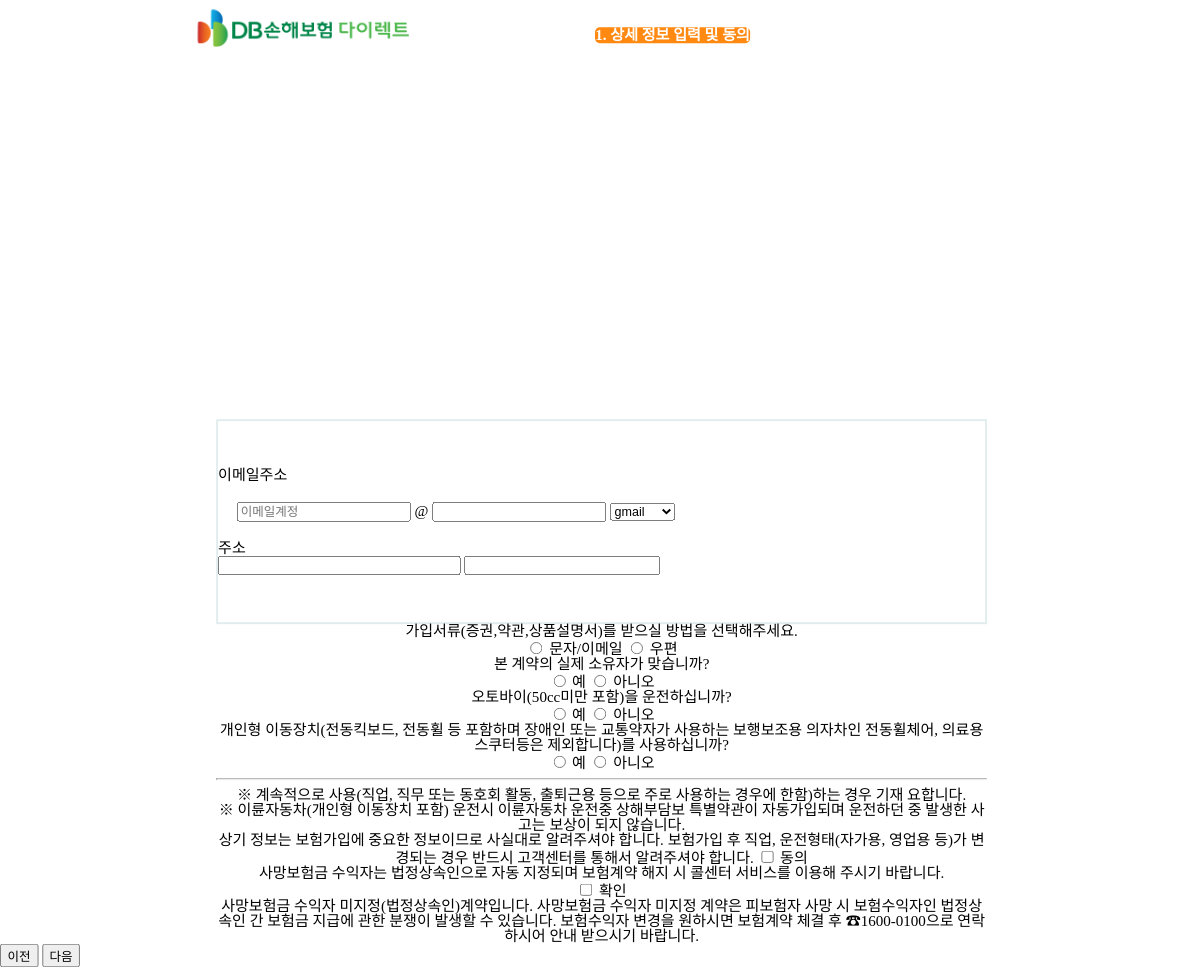
Repository: minho0324/directInsurance
Page: http://localhost/directClone/direct/details1
An editor plug-in stored every save of this project. The page is shown before and after the next save, followed by the edit.
The browser window is 1280 px wide. The pictures show the whole page, at 94% of full size.
The page is served by Tomcat 9. Other server files are loaded and not shown.

Above is the page before, as saved 2021-11-18 05:44:00.

### directClone/src/main/webapp/WEB-INF/views/details1.jsp
<%@ page language="java" contentType="text/html; charset=UTF-8"
    pageEncoding="UTF-8"%>
<!DOCTYPE html>
<%@ taglib uri="http://java.sun.com/jsp/jstl/core"  prefix="c"%>
<html>
<head>
<meta charset="UTF-8">
<title>details1</title>
</head>
<script src="http://code.jquery.com/jquery-latest.js"></script>
<style>

	html, body, div, span, applet, object, iframe,
	h1, h2, h3, h4, h5, h6, p, blockquote, pre,
	a, abbr, acronym, address, big, cite, code,
	del, dfn, em, img, ins, kbd, q, s, samp,
	small, strike, strong, sub, sup, tt, var,
	b, u, i, center,
	dl, dt, dd, ol, ul, li,
	fieldset, form, label, legend,
	table, caption, tbody, tfoot, thead, tr, th, td,
	article, aside, canvas, details, embed,
	figure, figcaption, footer, header, hgroup,
	menu, nav, output, ruby, section, summary,
	time, mark, audio, video {
		margin: 0;
		padding: 0;
		border: 0;
		font-size: 100%;
		font: inherit;
		vertical-align: baseline;
	}
	/* HTML5 display-role reset for older browsers */
	article, aside, details, figcaption, figure,
	footer, header, hgroup, menu, nav, section {
		display: block;
	}
	body {
		line-height: 1;
	}
	ol, ul {
		list-style: none;
	}
	blockquote, q {
		quotes: none;
	}
	blockquote:before, blockquote:after,
	q:before, q:after {
		content: '';
		content: none;
	}

	.title a img {
		padding:10px;
		float:left;
		margin-left:200px;
	}

	.header .progress_bar {
		margin: 0 auto;
		text-align:center;
		dispay:inline;
		padding-top:30px;
		margin-bottom:70px;
		margin-right:300px;
	}

	.header .progress_bar span {
		font-weight:bold;
		background: #ff8911;
		color:white;
		border-radius:5px;
		width:250px;
	}

	.container {
		margin:0 auto;
		text-align:center;
		display:block;
		width:820px;
		height:100%;
	}

	.phone_mail {
		border:2px solid #e0eced;
	}

	.phone_mail {
		margin-top:400px;
	}
	.phone_mail_inner {
		text-align:left;
		padding:50px 0;

	}

	.mailform {
		padding: 20px;
	}






</style>
<body>

	<!-- 헤더 -->
	<div class="headerform">
		<div class="header">
			<div class="title">
				<a href="index.jsp">
					<img src="../resources/img/logo02.png">
				</a>
				<div class="progress_bar">
					<span>1. 상세 정보 입력 및 동의</span>
				</div>
			</div>
		</div>

		<a href="<c:url value='/direct/index.jsp' />" class="btn_close"></a>
	</div>
	<!-- 헤더 끝 -->

		<!-- 컨테이너 본문 시작 -->
		<div class="container clfix">
			<div class="contents">
				<div class="phone_mail">
					<div class="phone_mail_inner">
						<h3>이메일주소</h3>
							<div class="mailform">
								<input type="text" name="email" class="email" placeholder="이메일계정">
								@
								<input type="text" name="domain" class="domain" value="">
								<select name="emailSelect">
									<option id="email" value="gmail">gmail</option>
									<option id="email" value="naver">naver</option>
									<option id="email" value="hanmail">hanmail</option>
								</select>
							</div>
						<h3>주소</h3>
						<input type="text" name="addr" class="addr" style="width: 250px;">
						<input type="text" name="addrdetail" class="addrdetail" style="width:200px;">
					</div>
				</div>
				<div class="receiving">
					<h3>가입서류(증권,약관,상품설명서)를 받으실 방법을 선택해주세요.</h3>
					<label for="receiving">
						<input type="radio" name="receiving" value="text">
						문자/이메일
					</label>
					<label for="receiving">
						<input type="radio" name="receiving" value="post">
						우편
					</label>
				</div>
				<div class="identification">
					<h3>본 계약의 실제 소유자가 맞습니까?</h3>
					<label for="identification">
						<input type="radio" name="identification" value="Y">
						예
					</label>
					<label for="identification">
						<input type="radio" name="identification" value="N">
						아니오
					</label>
				</div>
				<div class="motorcycle">
					<h3>오토바이(50cc미만 포함)을 운전하십니까?</h3>
					<label for="motorcycle">
						<input type="radio" name="motorcycle" value="Y">
						예
					</label>
					<label for="motorcycle">
						<input type="radio" name="motorcycle" value="N">
						아니오
					</label>
				</div>
				<div class="pv">
					<h3>개인형 이동장치(전동킥보드, 전동휠 등 포함하며 장애인 또는 교통약자가 사용하는 보행보조용 의자차인 전동휠체어, 의료용 스쿠터등은 제외합니다)를 사용하십니까?</h3>
					<label for="pv">
						<input type="radio" name="pv" value="Y">
						예
					</label>
					<label for="pv">
						<input type="radio" name="pv" value="N">
						아니오
					</label>
					<hr>
					<p>
						※ 계속적으로 사용(직업, 직무 또는 동호회 활동, 출퇴근용 등으로 주로 사용하는 경우에 한함)하는 경우 기재 요합니다.
						<br>
						※ 이륜자동차(개인형 이동장치 포함) 운전시 이륜자동차 운전중 상해부담보 특별약관이 자동가입되며 운전하던 중 발생한 사고는 보상이 되지 않습니다.
					</p>
				</div>
				<div class="agreement">
					상기 정보는 보험가입에 중요한 정보이므로 사실대로 알려주셔야 합니다.
					보험가입 후 직업, 운전형태(자가용, 영업용 등)가 변경되는 경우 반드시 고객센터를 통해서 알려주셔야 합니다.
					<label for="agreement">
						<input type="checkbox" name="agreement" value="agreed">
						동의
					</label>
				</div>
				<div class="finalagree">
					<ul>
						<li>
							사망보험금 수익자는 법정상속인으로 자동 지정되며
							보험계약 해지 시 콜센터 서비스를 이용해 주시기 바랍니다.
						</li>
					</ul>
					<label for="finalagree">
						<input type="checkbox" name="finalagree" value="agreed">
						확인
					</label>
					<p>
					사망보험금 수익자 미지정(법정상속인)계약입니다.
					사망보험금 수익자 미지정 계약은 피보험자 사망 시 보험수익자인 법정상속인 간 보험금 지급에 관한 분쟁이 발생할 수
					있습니다. 보험수익자 변경을 원하시면 보험계약 체결 후 ☎1600-0100으로 연락하시어 안내 받으시기 바랍니다.
					</p>
				</div>
			</div>
		</div>
		<!-- 컨테이너 끝 -->

		<button class="prev">이전</button>
		<button class="next">다음</button>



	<script>
		$(function() {
			$("select[name=emailSelect]").change(function(){
				  console.log($(this).val()); //value값 가져오기
				  console.log($("select[name=emailSelect] option:selected").text()); //text값 가져오기
			});
			var email = $("select[name=emailSelect] option:selected").val();
			console.log(email);

			$('.prev').click(function () {
				location.href="<c:url value='/direct/' />";
			})
			$('.next').click(function () {
				location.href="<c:url value='/direct/details2' />";
			})


		});
	</script>


</body>
</html>

After the next save:
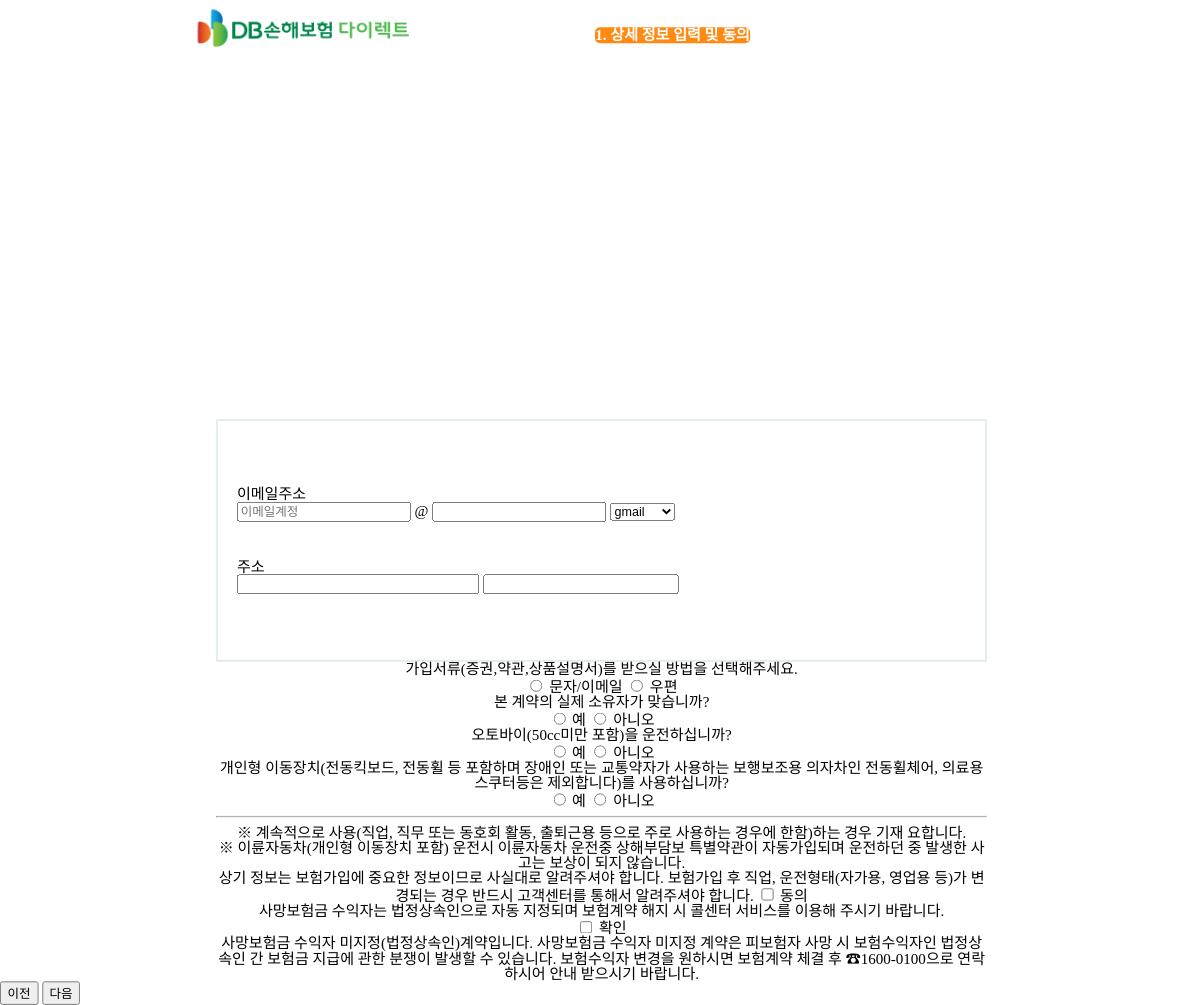
Saved 36 s later.
--- a/directClone/src/main/webapp/WEB-INF/views/details1.jsp
+++ b/directClone/src/main/webapp/WEB-INF/views/details1.jsp
@@ -97,6 +97,9 @@
 	.mailform {
 		padding: 20px;
 	}
+	.addrform {
+		padding: 20px;
+	}
 
 
 
@@ -128,8 +131,8 @@
 			<div class="contents">
 				<div class="phone_mail">
 					<div class="phone_mail_inner">
-						<h3>이메일주소</h3>
-							<div class="mailform">
+						<div class="mailform">
+							<h3>이메일주소</h3>
 								<input type="text" name="email" class="email" placeholder="이메일계정">
 								@
 								<input type="text" name="domain" class="domain" value="">
@@ -138,10 +141,12 @@
 									<option id="email" value="naver">naver</option>
 									<option id="email" value="hanmail">hanmail</option>
 								</select>
-							</div>
-						<h3>주소</h3>
-						<input type="text" name="addr" class="addr" style="width: 250px;">
-						<input type="text" name="addrdetail" class="addrdetail" style="width:200px;">
+						</div>
+						<div class="addrform">
+							<h3>주소</h3>
+								<input type="text" name="addr" class="addr" style="width: 250px;">
+								<input type="text" name="addrdetail" class="addrdetail" style="width:200px;">
+						</div>
 					</div>
 				</div>
 				<div class="receiving">
